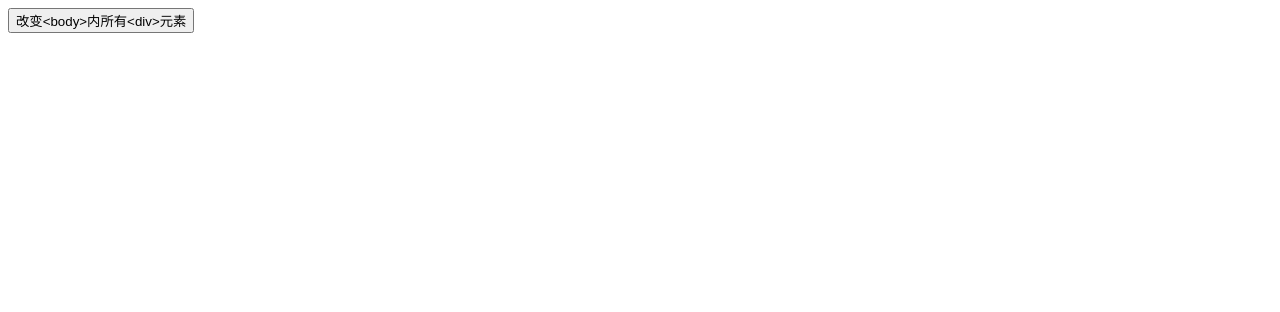
Repository: byuan98/study
Page: http://localhost/day070web/jsp/texttwo.jsp
An editor plug-in stored every save of this project. The page is shown before and after the next save, followed by the edit.
The browser window is 1280 px wide. The pictures show the whole page.
The page is served by Tomcat 9.

Above is the page before, as saved 2021-03-29 10:00:53.

### day070web/WebContent/jsp/texttwo.jsp
<%@ page language="java" contentType="text/html; charset=UTF-8" pageEncoding="UTF-8"%>
<!DOCTYPE html>
<html>
<head>
<meta charset="UTF-8">
<title>Insert title here</title>
</head>
<body>
  <!-- 控制按钮 -->
  <input id="bth1" type="button" value="改变<body>内所有<div>元素"/>
</body>
</html>

After the next save:
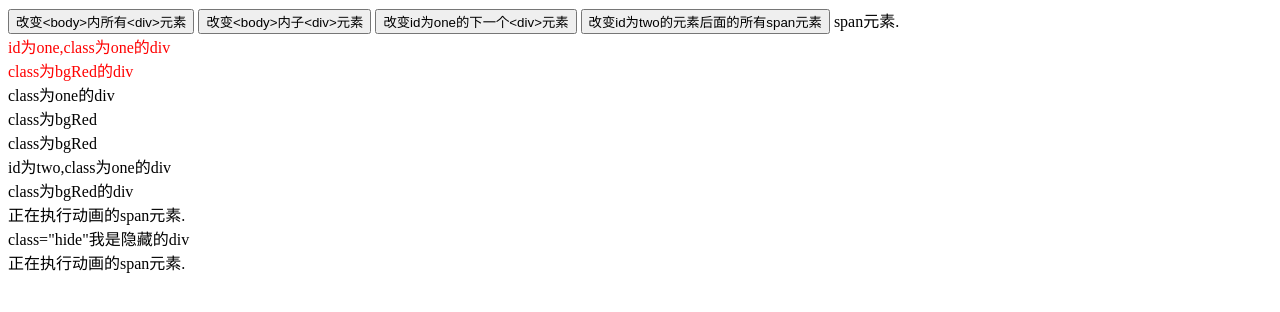
Saved 62 min 41 s later.
--- a/day070web/WebContent/jsp/texttwo.jsp
+++ b/day070web/WebContent/jsp/texttwo.jsp
@@ -7,6 +7,28 @@
 </head>
 <body>
   <!-- 控制按钮 -->
-  <input id="bth1" type="button" value="改变<body>内所有<div>元素"/>
+  <input id="btn1" type="button" value="改变<body>内所有<div>元素"/>
+  <input id="btn2" type="button" value="改变<body>内子<div>元素"/>
+  <input id="btn3" type="button" value="改变id为one的下一个<div>元素"/>
+  <input id="btn4" type="button" value="改变id为two的元素后面的所有span元素"/>
+
+  <!-- 测试元素 -->
+  <span >span元素.</span>
+  <div class="one" id="one"   style="color:red;">
+      id为one,class为one的div
+      <div class="bgRed">class为bgRed的div</div>
+  </div>
+  <div class="one">
+      class为one的div
+      <div class="bgRed">class为bgRed</div>
+      <div class="bgRed">class为bgRed</div>
+  </div>
+  <div class="one" id="two" >
+      id为two,class为one的div
+      <div class="bgRed">class为bgRed的div</div>
+  </div>
+  <span id="mover">正在执行动画的span元素.</span>
+  <div class="hide">class="hide"我是隐藏的div</div>
+  <span id="mover">正在执行动画的span元素.</span>
 </body>
 </html>
